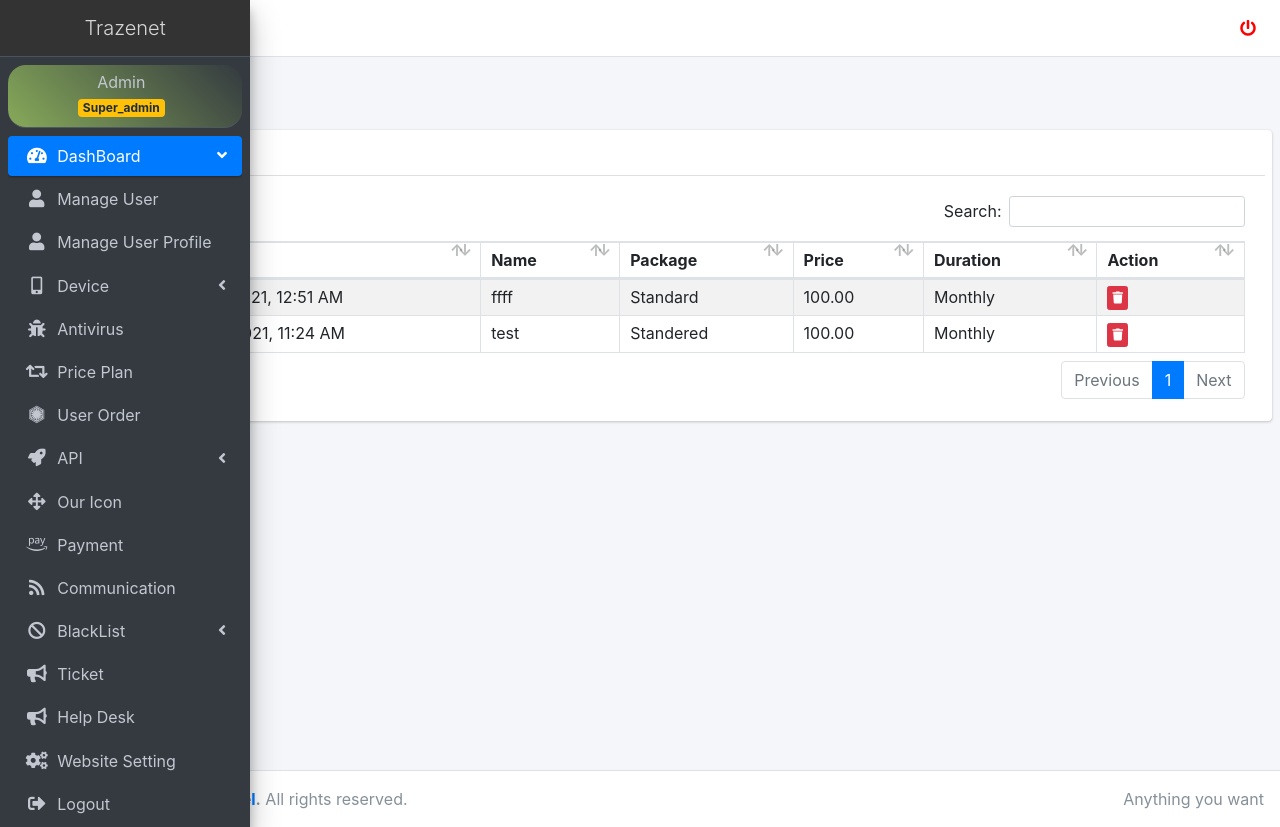
Repository: ufaqashraf/dashboard-laravel8
Page: http://localhost/order
The author's editor kept a copy of each file at every save. The page is drawn from the files as they stood at one save, then again after the next save.
The browser window is 1280 px wide. The pictures show the whole page.
Some web fonts or font styles are not loaded; a fallback is used. The page is served by the project's Laravel application, run on PHP 8.4 with Laravel 8. The first stored user is signed in. The database holds what the project's SQL file puts in it.

Above is the page before, as saved 2021-03-28 04:17:04.

After the next save:
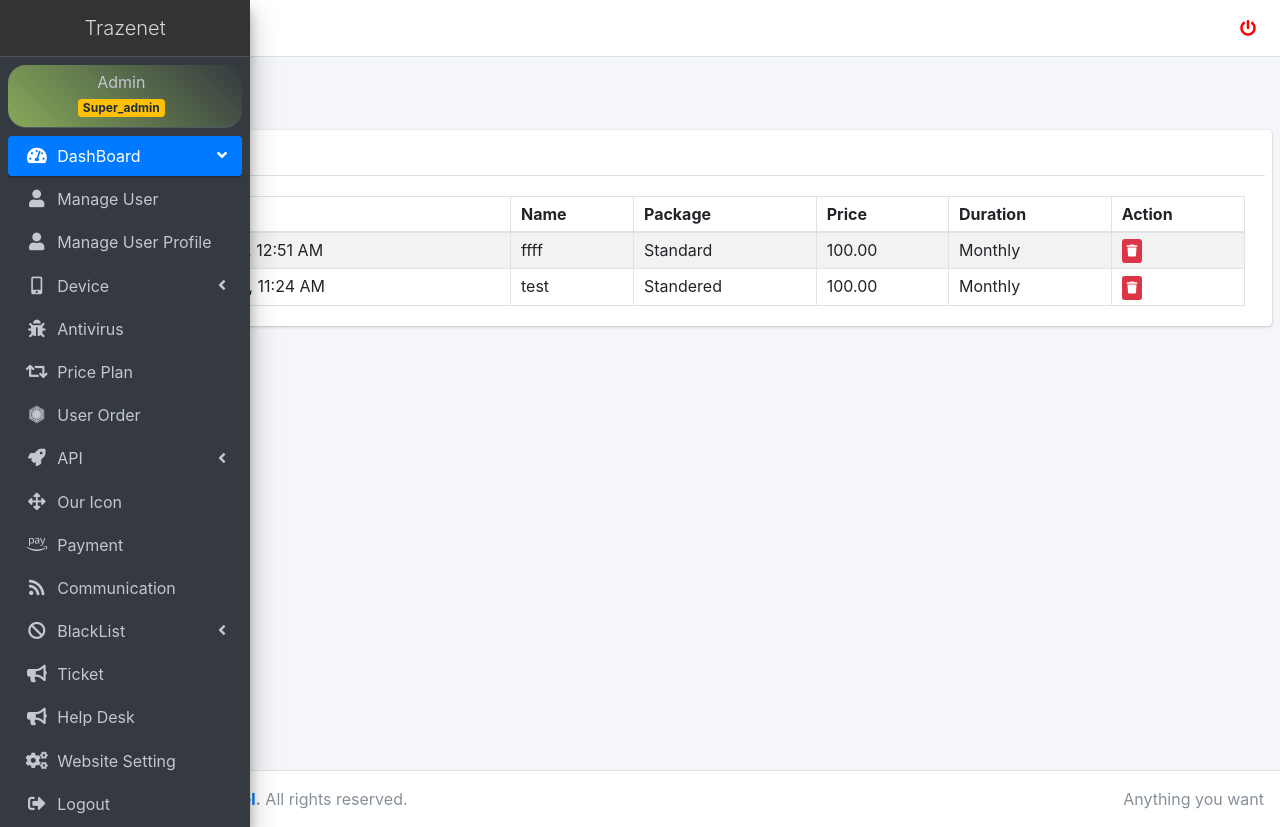
Saved 118 s later.
--- a/resources/views/layouts/backend/order/order.blade.php
+++ b/resources/views/layouts/backend/order/order.blade.php
@@ -107,7 +107,7 @@
 
 @section('js')
 
-    <script type="text/javascript">
+    {{-- <script type="text/javascript">
         $(function() {
             $("#example3").DataTable();
             $('#example4').DataTable({
@@ -132,7 +132,7 @@
             });
         });
 
-    </script>
+    </script> --}}
 
     <script>
         function deleteOrder(id){
